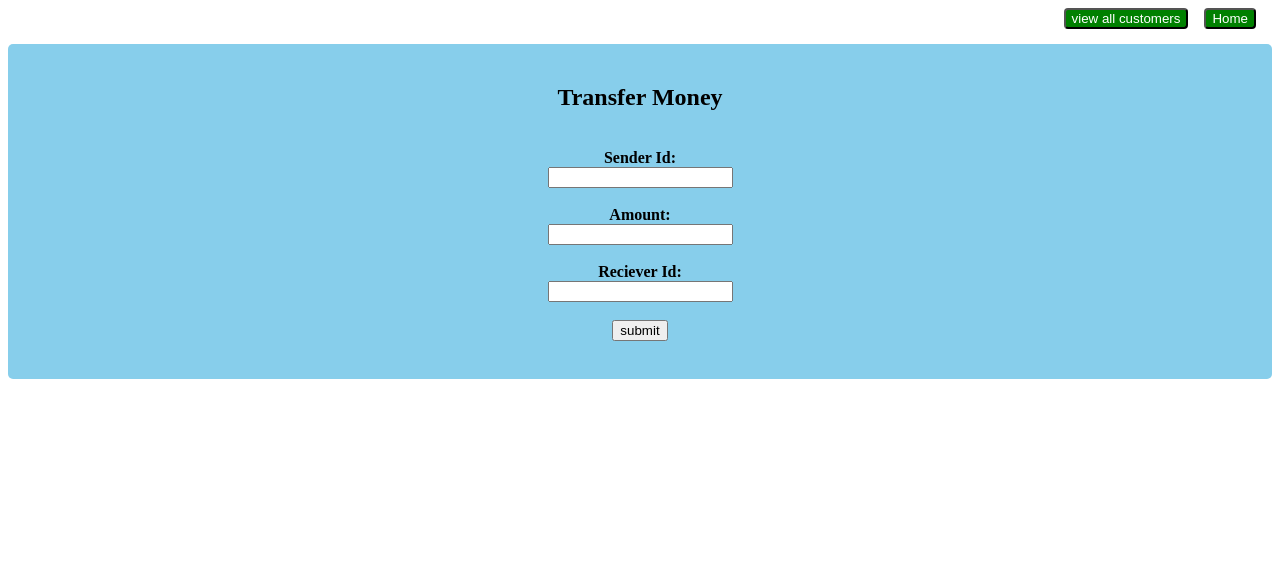
Repository: BarnalaManognaram/sparxintern
Page: sparx_internship/sparx/src/main/webapp/transfer.html
These files come from the project's save history. The page is drawn as it stood at one moment and after the next save; the edit follows.
The browser window is 1280 px wide. The pictures show the whole page.

Above is the page before, as saved 2021-09-20 14:30:44.

After the next save:
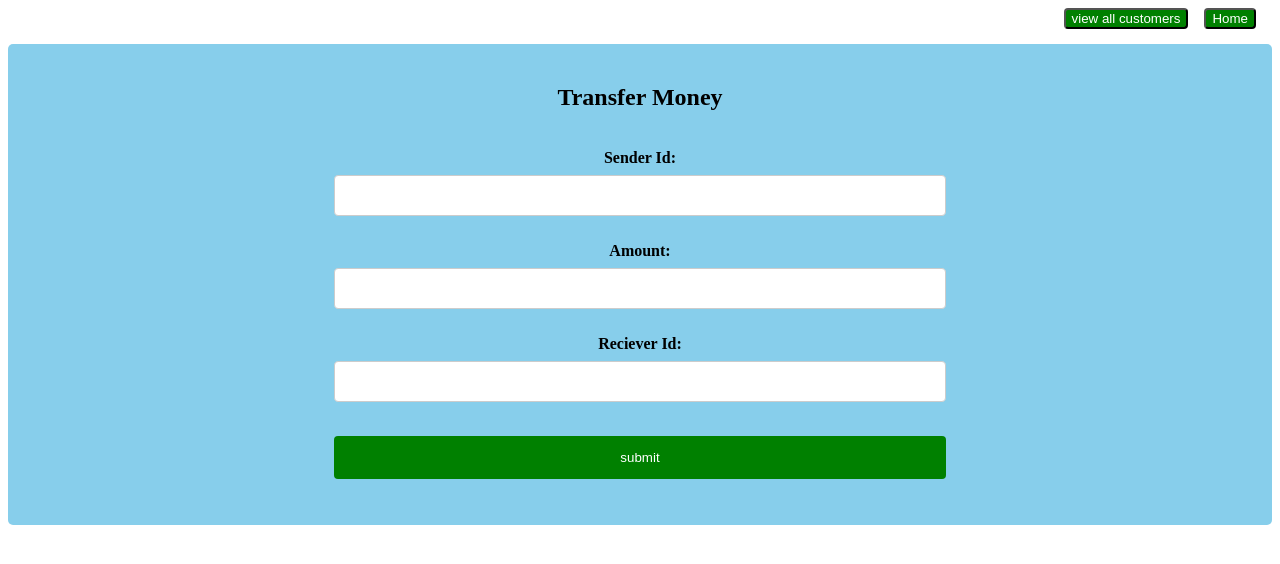
Saved 2 min 57 s later.
--- a/sparx_internship/sparx/src/main/webapp/transfer.html
+++ b/sparx_internship/sparx/src/main/webapp/transfer.html
@@ -24,7 +24,26 @@
 
 </body>
 <style>
+input[type=text], select {
+  width: 50%;
+  padding: 12px 20px;
+  margin: 8px 0;
+  display: inline-block;
+  border: 1px solid #ccc;
+  border-radius: 4px;
+  box-sizing: border-box;
+}
 
+input[type=submit] {
+  width: 50%;
+  background-color:green;
+  color: white;
+  padding: 14px 20px;
+  margin: 8px 0;
+  border: none;
+  border-radius: 4px;
+  cursor: pointer;
+}
 
 
 
